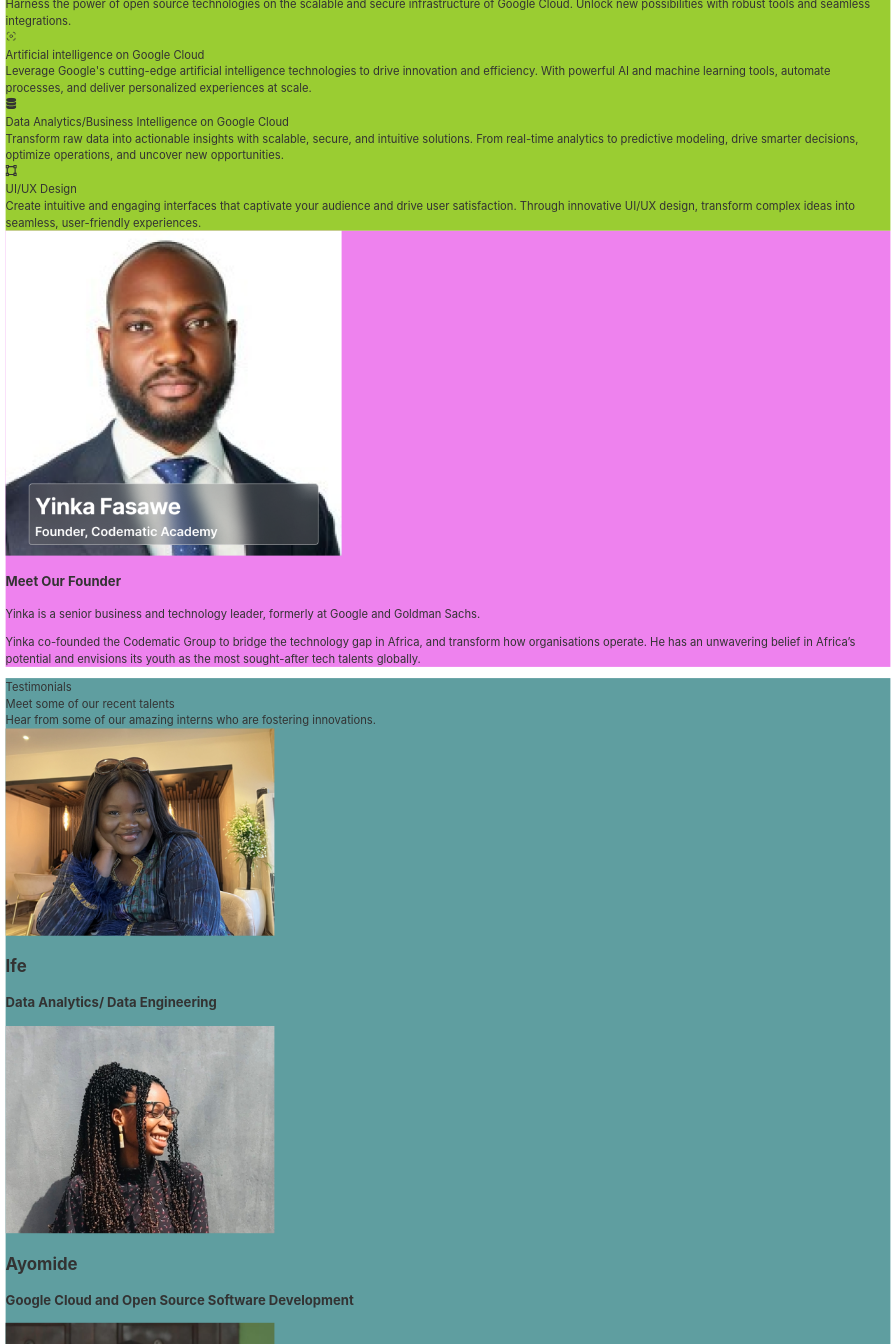
Repository: Gabriel221-dev/Codematic-page
Page: /
These files come from the project's save history. The page is drawn as it stood at one moment and after the next save; the edit follows.
The browser window is 1280 px wide. The pictures show the part of the page from y = 2334 to 4254 px (the page is 4952 px tall), at 70% of full size.
The project was rebuilt for these pictures with package versions that can differ from the ones it lists, and the page was loaded fresh each time. Also part of the build but not shown: vite.config.js.

Above is the page before, as saved 2024-07-25 11:37:49.

### src/App.jsx
import "./App.css";
import Home from "./pages/home";
import Header from "./components/Header";
import Footer from "./components/Footer";
import { BrowserRouter as Router, Route, Routes } from "react-router-dom";
import "./styles/global.css";

const App = () => {
  return (
    <Router>
      <Header />
      <main>
        <Routes>
          <Route path="/" element={<Home />} />
        </Routes>
      </main>
      <Footer />
    </Router>
  );
};

export default App;

### src/index.css
:root {
  font-family: Inter, system-ui, Avenir, Helvetica, Arial, sans-serif;
  line-height: 1.5;
  font-weight: 400;
  padding: 0 0;

  /* color-scheme: light dark;
  background-color: #242424;
  background-color:turquoise; */

}

### src/App.css
#root {
  max-width: 1280px;
  margin: 0 auto;
  /* padding: 2rem;
  text-align: center;
  background-color:bisque */

}

### src/components/Header.jsx
import { useState } from "react";
import { NavLink } from "react-router-dom";
import { FaBars } from "react-icons/fa";
import Sidebar from "./Sidebar";
import "./Header.css";
import { IconContext } from "react-icons";

const Header = () => {
  const [isSidebarToggled, setSidebarToggled] = useState(false);

  const handleToggle = () => {
    setSidebarToggled((prev) => !prev);
  };

  return (
    <>
      <IconContext.Provider value={{ color: "#fff" }}>
        <header className="header">
          <nav className="header__nav">
            <NavLink className="header__brand" to="/">
              <img
                className="header__logo"
                src="/public/Images/codematic-logo-dark-1536x351.png.png"
                alt="Logo"
                loading="eager"
                width="160"
              />
            </NavLink>

            <ul className="header__navigation">
              <li className="header__link">
                <NavLink
                  className={({ isActive }) =>
                    isActive
                      ? "header__anchor header__anchor--active"
                      : "header__anchor"
                  }
                  to="/"
                >
                  Home
                </NavLink>
              </li>
              <li className="header__link">
                <NavLink
                  className={({ isActive }) =>
                    isActive
                      ? "header__anchor header__anchor--active"
                      : "header__anchor"
                  }
                  to=""
                >
                  About Us
                </NavLink>
              </li>
              <li className="header__link">
                <NavLink
                  className={({ isActive }) =>
                    isActive
                      ? "header__anchor header__anchor--active"
                      : "header__anchor"
                  }
                  to=""
                >
                  Focus Areas
                </NavLink>
              </li>
              <li className="header__link">
                <NavLink
                  className={({ isActive }) =>
                    isActive
                      ? "header__anchor header__anchor--active"
                      : "header__anchor"
                  }
                  to=""
                >
                  Our Goals
                </NavLink>
              </li>
              <li className="header__link">
                <NavLink
                  className={({ isActive }) =>
                    isActive
                      ? "header__anchor header__anchor--active"
                      : "header__anchor"
                  }
                >
                  Testimonies
                </NavLink>
              </li>
              <NavLink className="header__btn" to="/contact">
                Apply Now
              </NavLink>
            </ul>

            <button
              className="header__menu"
              title="Toggle Menu"
              onClick={handleToggle}
            >
              <FaBars />
            </button>
          </nav>
          <Sidebar isOpen={isSidebarToggled} onToggle={handleToggle} />
        </header>
      </IconContext.Provider>
    </>
  );
};

export default Header;

### src/components/Footer.jsx
import { Link } from "react-router-dom";
import "./Footer.css";

const Footer = () => {
  return (
    <footer className="footer">
      <div className="footer__content">
        <div className="footer__pages">
          <img
            className="footer__logo"
            src="/public/Images/codematic-logo-dark-1536x351.png.png"
            alt="Logo"
            loading="lazy"
            width="160"
          />

          <ul className="footer__navigation">
            <li className="footer__link">
              <Link className="link-anchor footer__anchor" to="/">
                About Us
              </Link>
            </li>
            <li className="footer__link">
              <Link className="link-anchor footer__anchor" to="/about">
                Contact Us
              </Link>
            </li>
            <li className="footer__link">
              <Link className="link-anchor footer__anchor" to="/about">
                Privacy Policy
              </Link>
            </li>
          </ul>
        </div>

        {/* <div className="footer__more">
          <div className="footer__socials">
            <a href="#" aria-label="Facebook" className="footer__social">
              <svg
                className="footer__icon"
                xmlns="http://www.w3.org/2000/svg"
                width="24"
                height="24"
              >
                <path
                  fill="#FFF"
                  d="M22.675 0H1.325C.593 0 0 .593 0 1.325v21.351C0 23.407.593 24 1.325 24H12.82v-9.294H9.692v-3.622h3.128V8.413c0-3.1 1.893-4.788 4.659-4.788 1.325 0 2.463.099 2.795.143v3.24l-1.918.001c-1.504 0-1.795.715-1.795 1.763v2.313h3.587l-.467 3.622h-3.12V24h6.116c.73 0 1.323-.593 1.323-1.325V1.325C24 .593 23.407 0 22.675 0z"
                />
              </svg>
            </a>
            <a href="#" aria-label="Pinterest" className="footer__social">
              <svg
                className="footer__icon"
                xmlns="http://www.w3.org/2000/svg"
                width="24"
                height="24"
              >
                <path
                  fill="#FFF"
                  d="M12 0C5.373 0 0 5.372 0 12c0 5.084 3.163 9.426 7.627 11.174-.105-.949-.2-2.405.042-3.441.218-.937 1.407-5.965 1.407-5.965s-.359-.719-.359-1.782c0-1.668.967-2.914 2.171-2.914 1.023 0 1.518.769 1.518 1.69 0 1.029-.655 2.568-.994 3.995-.283 1.194.599 2.169 1.777 2.169 2.133 0 3.772-2.249 3.772-5.495 0-2.873-2.064-4.882-5.012-4.882-3.414 0-5.418 2.561-5.418 5.207 0 1.031.397 2.138.893 2.738a.36.36 0 01.083.345l-.333 1.36c-.053.22-.174.267-.402.161-1.499-.698-2.436-2.889-2.436-4.649 0-3.785 2.75-7.262 7.929-7.262 4.163 0 7.398 2.967 7.398 6.931 0 4.136-2.607 7.464-6.227 7.464-1.216 0-2.359-.631-2.75-1.378l-.748 2.853c-.271 1.043-1.002 2.35-1.492 3.146C9.57 23.812 10.763 24 12 24c6.627 0 12-5.373 12-12 0-6.628-5.373-12-12-12z"
                />
              </svg>
            </a>
            <a href="#" aria-label="Twitter" className="footer__social">
              <svg
                className="footer__icon"
                xmlns="http://www.w3.org/2000/svg"
                width="24"
                height="20"
              >
                <path
                  fill="#FFF"
                  d="M24 2.557a9.83 9.83 0 01-2.828.775A4.932 4.932 0 0023.337.608a9.864 9.864 0 01-3.127 1.195A4.916 4.916 0 0016.616.248c-3.179 0-5.515 2.966-4.797 6.045A13.978 13.978 0 011.671 1.149a4.93 4.93 0 001.523 6.574 4.903 4.903 0 01-2.229-.616c-.054 2.281 1.581 4.415 3.949 4.89a4.935 4.935 0 01-2.224.084 4.928 4.928 0 004.6 3.419A9.9 9.9 0 010 17.54a13.94 13.94 0 007.548 2.212c9.142 0 14.307-7.721 13.995-14.646A10.025 10.025 0 0024 2.557z"
                />
              </svg>
            </a>
          </div>
          <p className="footer__copy paragraph-2">
            Copyright 2020. All Rights Reserved
          </p>
        </div> */}
      </div>
    </footer>
  );
};

export default Footer;

### src/styles/global.css
* {
    /* margin: 0; */
    padding: 0;
    /* box-sizing: border-box; */
  }

  body {
    /* font-family: "Livvic", sans-serif; */
    /* line-height: 1.6; */
    color: #333;
    background-color: white;
  }

### src/pages/Home.css
/* .Home{
    padding: 1rem;
    background-color:green;
} */
.Home-1{
    /* background-color:red; */
    text-align: center;
}
.mark{
    background-color:white;
    border-radius:12px;
    font-size: .6rem;
    padding:.1rem;
    margin-right: .5rem;
}
.academy-1{
    font-size: .6rem;
    background-color: lightcyan;
    border-radius:12px;
    padding: .3rem;
    text-decoration: none;
}
.heading-sub-1{
      text-align: center;
}
.heading-1{
    width: 45rem;
    height: 12.7rem;
    font-size: 2.8rem;
    justify-content: center;
    align-items: center;
    margin: 0 auto;
    font-weight: 600;
    background-color:white;
}
.sub-heading-1{
    font-size: .9rem;
    height: 120px;
    width: 20rem;
    justify-content: center;
    align-items: center;
    margin: 0 auto;
}
.action{
    gap: 12px;
    text-decoration: none;
}
.apply-heading{
    background-color:#DEE0FF;
    text-align: center;
    margin: 0 1rem;
    padding: .2rem;
    border-radius: 3px;
    text-decoration: none;
}

.learn-heading{
    background-color: blue;
    text-align: center;
    padding: .2rem;
    border-radius: 3px;
    text-decoration: none;
}

.Home-1 img{
    background-color:none;
    width: 65rem;
    height: 516px;
    padding: 1rem;
    margin: 2.9rem 0;
}


.Home-2{
    /* background-color:brown; */
    display: flex;
    justify-content: space-between;
    height: 37rem;
}

.heading-sub-2{
    /* background-color:red; */
    font-size: 1.4rem;
    font-style: normal;
    color: #fff;
    text-align: left;
    max-width: 30rem;
    text-align: left;
    height: 35rem;
    padding: 0 0 0 4rem;
    /* margin: 1rem 0 0 0; */
}

.sub-heading-2{
    font-size: 1rem;
    color:blue;
}

.heading-2{
    font-size: 1.8rem;
    font-weight: 500;
    color:blue;
}

.home-chair{
    flex: 1;
}


.text-2{
    font-size: 1rem;
    color:black;
}

.apply-now-2{
    background-color:blue;
    margin-top:1.8rem;
    padding: .7rem 2rem .7rem 0;
    font-size: .7rem;
    color:white;
    width: 7rem;
}

.Home-2 .img{
    flex: 1;
    display: flex;
    justify-content: center;
}

.Home-2 img{
    display: flex;
    align-items: center;
    text-align: left;
    height: 35rem;
    width: 32rem;
}


.Home-3{
    /* background-color:chocolate; */
    text-align: center;
}

.heading-sub-3{
    padding: 2.5rem;
}

.sub-3{
    color:blue;
    font-size: .7rem;
}

.heading-3{
    color:black;
    font-size: 1.6rem;
    font-weight: 700;
}

.text-3{
    font-size: 1.1rem;
    width:40rem;
    display: flex;
    margin: 0 auto;
}

.Home-3 img{
    width: 66rem;
}

.Home-4{
    background-color:yellowgreen;
}

.Home-5{
    background-color:violet;
}

/* .Home-5 .article{

}

.Home-5 .img{

}

.Home-5 img{

} */

.Home-5 .content {
    display: flex;
    justify-content: space-between;
    align-items: center;
}
.Home-5 .article {
    flex: 1;
    margin-right: 20px;
}

.Home-5.img {
    flex: 1;
    display: flex;
    justify-content: center;
}
.Home-5 img {
    max-width: 100%;
    height: auto;
}


.Home-6{
    background-color:cadetblue;
}

.Home-7{
    background-color:goldenrod;
}

### src/components/Sidebar.jsx
import PropTypes from "prop-types";
import { useNavigate } from "react-router-dom";
import { AiOutlineClose } from "react-icons/ai";
import "./Sidebar.css";
import { IconContext } from "react-icons";

const Sidebar = ({ isOpen, onToggle }) => {
  const navigate = useNavigate();

  const handleNavigate = (path) => {
    navigate(path);
    onToggle();
  };

  return (
    <IconContext.Provider value={{ color: "#fff" }}>
      <div className={`sidebar ${isOpen ? "sidebar--open" : ""}`}>
        <div className="sidebar__overlay" onClick={onToggle}></div>
        <div className="sidebar__content">
          <div className="sidebar__header">
            <button
              className="sidebar__close"
              title="Close Menu"
              onClick={onToggle}
            >
              <AiOutlineClose />
            </button>
          </div>

          <ul className="sidebar__navigation">
            <li className="sidebar__link">
              <button
                className="sidebar__anchor"
                onClick={() => handleNavigate("/")}
              >
                Home
              </button>
            </li>

            <li className="sidebar__link">
              <button
                className="sidebar__anchor"
                onClick={() => handleNavigate()}
              >
                About Us
              </button>
            </li>
            <li className="sidebar__link">
              <button
                className="sidebar__anchor"
                onClick={() => handleNavigate()}
              >
                Focus Areas
              </button>
            </li>
            <li className="sidebar__link">
              <button
                className="sidebar__anchor"
                onClick={() => handleNavigate()}
              >
                Testimonies
              </button>
            </li>
          </ul>

          <button className="sidebar__btn" onClick={() => handleNavigate()}>
            Apply Now
          </button>
        </div>
      </div>
    </IconContext.Provider>
  );
};

Sidebar.propTypes = {
  isOpen: PropTypes.bool.isRequired,
  onToggle: PropTypes.func.isRequired,
};

export default Sidebar;

### src/components/Header.css
.header {
    background-color: white;
    height: 1.55rem;
    display: flex;
    justify-content: space-between;
    align-items: center;
    padding: 1rem 7rem;
  }

  @media only screen and (max-width: 850px) {
    .header {
        background-color:black;
      height: 150px;
      /* background-color:red; */
      align-items:left;
    }
  }

  @media only screen and (max-width: 576px) {
    .header {
      height: 128px;
    }
  }

  .header__nav {
    /* display: flex;
    align-items: center;
    gap: 8rem; */
    grid-column: center-start / center-end;
    display: grid;
    grid-template-columns: max-content 1fr max-content;
    align-items: center;
    column-gap: 8rem;

    @media only screen and (max-width: 768px) {
      column-gap: 4rem;
    }

    @media only screen and (max-width: 576px) {
        grid-template-columns: repeat(2, 1fr);
        column-gap: 0;
    }
  }

  .header__logo {
    max-width: 158px;

    @media only screen and (max-width: 768px) {
      margin-right: 14rem;
      margin-left: -5rem;
    }
  }

  .header__navigation {
    list-style: none;
    display: flex;
    margin: 0;
    padding: 0;
    text-decoration: none;

    @media only screen and (max-width: 820px) {
      display: none;
    }
  }

  .header__link {
    margin-right: 2rem;
    text-decoration: none;
  }

  /* .header:last-child {
    margin-right: 0;
  } */

  .header__anchor {
    font-size: .89rem;
    text-decoration: none;
    color: #333;
    font-weight: bold;
  }

  .header__anchor:hover{
    text-decoration: none;
  }

  .header__anchor--active {
    color: black;
}

  .header__btn {
    font-size: .7rem;
    background-color: blue;
    border: 2px solid #fff;
    width: 4rem;
    border-radius:5px;
    color: #fff;
    padding: 0.5rem .5rem;
    margin-left: 2rem;
    text-decoration: none;
    display: inline-block;
    cursor: pointer;
    justify-self: end;

    @media only screen and (max-width: 820px) {
      display: none;
    }
  }

  .header__btn:hover{
    background-color:white;
    color:#004953;
    text-decoration: none;
    border-radius:16px;
    transform: scale(1.05);
    transition: transform 0.6s ease-in-out, border-bottom 0.6s ease;
  }

  .header__menu {
    display: none;

    @media only screen and (max-width: 820px) {
      display: flex;
      width: 50px;
      height: 28px;
      padding: .1rem;
      border: 0;
      outline: 0;
    }
  }

  .header__menu:hover{
    background:none;
  }

### src/components/Footer.css
.footer {
    background-color: rgb(4, 4, 55);
    display: grid;
    grid-template-rows: 48px auto 48px;
    padding: 1rem;
  }

  @media only screen and (max-width: 768px) {
    .footer {
      grid-template-rows: 50px repeat(1, min-content) 56px;
    }
  }

  @media only screen and (max-width: 650px) {
    .footer {
      grid-template-rows: 64px repeat(1, min-content) 64px;
    }
  }

  .footer__content {
    display: grid;
    grid-column: center-start / center-end;
    grid-template-columns: max-content 1fr max-content;
    column-gap: 12.5rem;
    grid-column: 2;
    grid-row: 2 / 3;
  }

  @media only screen and (max-width: 1024px) {
    .footer__content {
      column-gap: 8rem;
    }
  }

  @media only screen and (max-width: 768px) {
    .footer__content {
      grid-template-columns: repeat(1, 1fr);
      grid-template-rows: repeat(1, min-content);
      row-gap: 3.2rem;
    }
  }

  @media only screen and (max-width: 480px) {
    .footer__content {
      grid-template-columns: 1fr;
      grid-template-rows: repeat(1, min-content);
      /* row-gap: 2.4rem; */
    }
  }

  .footer__pages {
    display: flex;
    flex-direction: column;
    justify-content: space-between;
  }

  @media only screen and (max-width: 480px) {
    .footer__pages {
      grid-column: 1 / 3;
      grid-row: 1 / 2;
      justify-self: center;
      align-items: center;
    }
  }

  .footer__logo {
    width: 160px;
  }

  @media only screen and (max-width: 768px) {
    .footer__logo {
      width: 96px;
    }
  }

  @media only screen and (max-width: 480px) {
    .footer__logo {
      margin-bottom: 24px;
    }
  }

  .footer__navigation {
    list-style: none;
    display: flex;
    margin-bottom: 7px;
  }

  @media only screen and (max-width: 768px) {
    .footer__navigation {
      margin-bottom: 0;
    }
  }

  .footer__link {
    margin-right: 40px;
    transition: color 0.3s;
  }

  @media only screen and (max-width: 1024px) {
    .footer__link {
      margin-right: 24px;
    }
  }

  @media only screen and (max-width: 768px) {
    .footer__link {
      margin-right: 1rem;
      margin-bottom: 16px;
    }
  }

  .footer__link:hover {
    color: var(--light-coral);
  }

  .footer__anchor {
    text-decoration: none;
    color: white;
    font-size: 1.5rem;
    text-transform: uppercase;
  }

  @media only screen and (max-width: 768px) {
    .footer__anchor {
      font-size: 1.5rem;
    }
  }

  .footer__information {
    display: flex;
    flex-direction: column;
  }

  @media only screen and (max-width: 768px) {
    .footer__information {
      text-align: right;
      margin-bottom: 2px;
    }
  }

  @media only screen and (max-width: 480px) {
    .footer__information {
      grid-column: 1 / 3;
      grid-row: 2 / 3;
      text-align: center;
    }
  }

  .footer__text {
    color: white;
    mix-blend-mode: normal;
    opacity: 0.6;
  }

  .footer__more {
    display: flex;
    flex-direction: column;
    justify-content: space-between;
    align-items: flex-end;
  }

  @media only screen and (max-width: 768px) {
    .footer__more {
      grid-column: 1 / 3;
      grid-row: 2 / 3;
      flex-direction: row;
      align-items: center;
    }
  }

  @media only screen and (max-width: 480px) {
    .footer__more {
      grid-column: 1 / 3;
      grid-row: 3 / 4;
      flex-direction: column;
      margin-top: 16px;
    }
  }

  .footer__socials {
    display: flex;
    margin-bottom: 7px;
  }

  @media only screen and (max-width: 768px) {
    .footer__socials {
      line-height: 0;
    }
  }

  @media only screen and (max-width: 480px) {
    .footer__socials {
      margin-bottom: 16px;
    }
  }

  .footer__social {
    margin-right: 16px;
    transition: fill 0.3s;
  }

  .footer__icon {
    width: 24px;
    height: 24px;
  }

  .footer__copy {
    color: white;
  }

### src/components/Sidebar.css
.sidebar {
    display: none;
    width: 100%;
    height: 100%;
    position: fixed;
    top: 0;
    left: 0;
    z-index: 100;
    transition: all 0.3s ease;
  }

  .sidebar--open {
    display: grid;
    grid-template-columns: 1fr min-content;
  }

  .sidebar__overlay {
    grid-column: 1 / -1;
    grid-row: 1 / 2;
    background-color: rgba(0, 0, 0, 0.5);
    transition: background-color 0.3s ease;

  }

  .sidebar__content {
    grid-column: 2 / 3;
    grid-row: 1 / 2;
    background-color: #194c4c;
    width: 250px;
    display: grid;
    grid-template-rows: 128px repeat(2, min-content);
    grid-template-columns: 48px 1fr 25px;
    transition: width 0.3s ease;
    transition: width .4s ease;

  }

  .sidebar__header {
    grid-column: 2 / 3;
    justify-self: end;
    align-self: center;
  }

  .sidebar__close {
    background-color:#194c4c ;
    width: 30px;
    border: 0;
    outline: 0;
  }

  .sidebar__close:hover{
    background-color:#194c4c;
  }

  .sidebar__navigation {
    grid-column: 2 / 3;
    list-style: none;
    margin: 0;
    padding: 0;
  }

  .sidebar__link {
    margin-bottom: 2.4rem;
  }

  .sidebar__anchor {
    font-size: 1.1rem;
    color: #fff;
    background: transparent;
    border: none;
    text-decoration: none;
    cursor: pointer;
  }

  .sidebar__anchor:hover{
    background:none;
  }

  .sidebar__btn {
    grid-column: 2 / 3;
    background-color: transparent;
    border: 1px solid #fff;
    color: #fff;
    padding: 0.5rem 1rem;
    text-decoration: none;
    display: inline-block;
    cursor: pointer;
    width: 159px;
  }

  .sidebar__btn:hover{
    background:white;
    color:#194c4c;
    transform: scale(1.05);
    transition: transform 0.3s ease-in-out, border-bottom 0.6s ease;
  }

  .sidebar--open .sidebar__overlay {
    background-color: rgba(0, 0, 0, 0.5);
  }

  .sidebar--open .sidebar__content {
    width: 250px;
  }

  @media (max-width: 768px) {
    .header__menu {
      display: grid;
      background-color: transparent;
      width: 24px;
      border: 0;
      outline: 0;
      justify-self: end;
      align-self: center;
      margin-left: auto;
    }
  }

Loaded but not shown: index.html (common file); src/main.jsx (common file); src/pages/home.jsx (257 lines, source omitted)

After the next save:
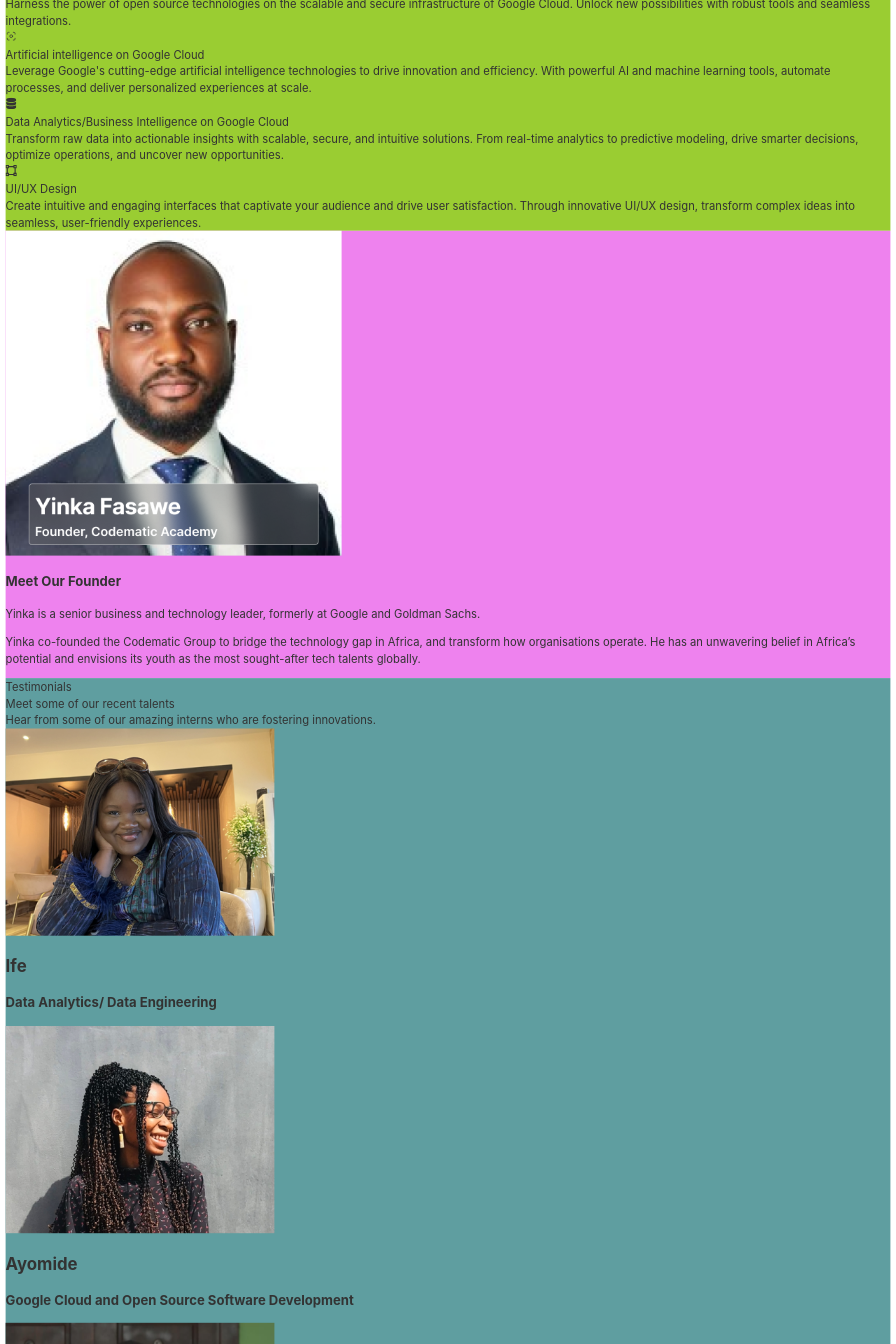
Saved 45 s later.
--- a/src/pages/Home.css
+++ b/src/pages/Home.css
@@ -187,7 +187,7 @@
 
 } */
 
-.Home-5 .content {
+.Home-5 {
     display: flex;
     justify-content: space-between;
     align-items: center;
